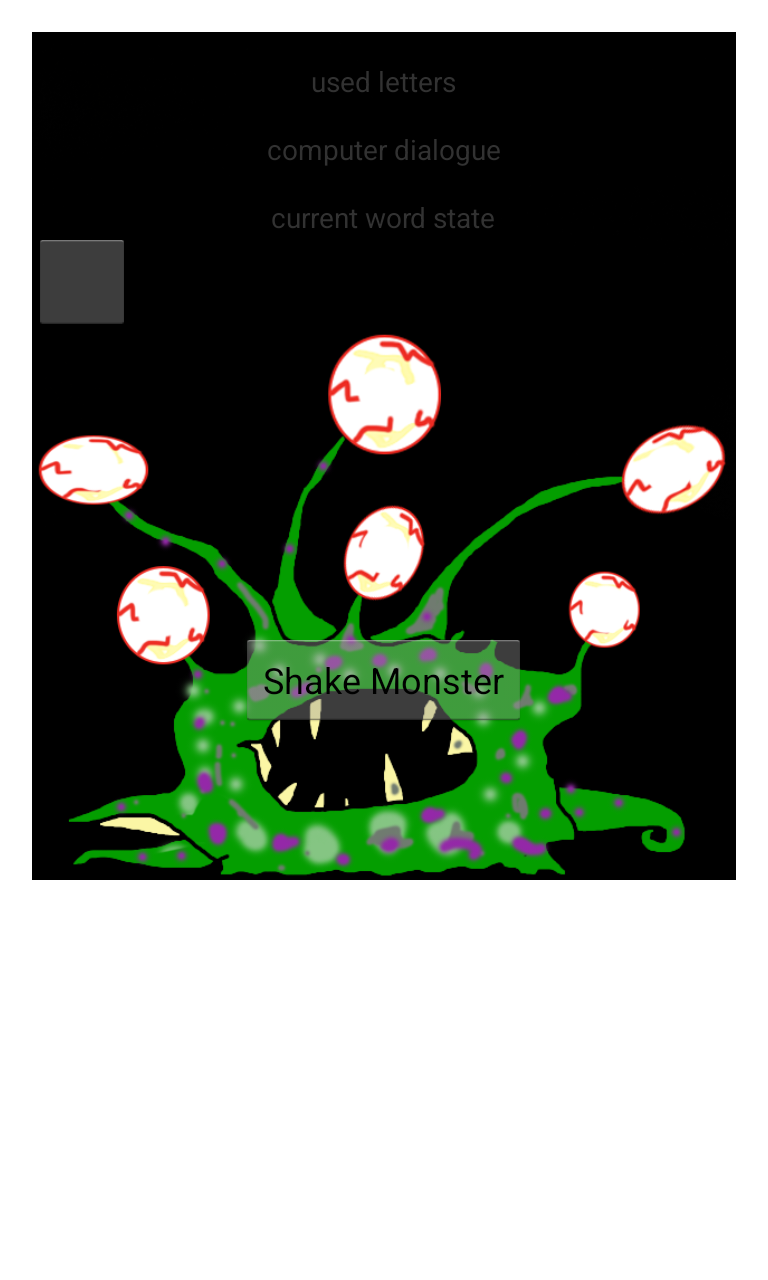
Repository: svandenhout/EvilSpaceMonsterHangman
Layout: evilSpaceMonsterHangman/res/layout/activity_main.xml
These files come from the project's save history. The layout is drawn as it stood at one moment and after the next save; the edit follows.
It is drawn on a 768 x 1280 px phone screen (xhdpi) without system bars, with theme AppTheme; the app's code is not run.

Above is the layout before, as saved 2013-12-17 09:23:40.

### evilSpaceMonsterHangman/res/layout/activity_main.xml
<RelativeLayout xmlns:android="http://schemas.android.com/apk/res/android"
              xmlns:tools="http://schemas.android.com/tools"
              android:layout_width="match_parent"
              android:layout_height="match_parent"
              android:paddingLeft="@dimen/activity_horizontal_margin"
              android:paddingRight="@dimen/activity_horizontal_margin"
              android:paddingTop="@dimen/activity_vertical_margin"
              android:paddingBottom="@dimen/activity_vertical_margin"
              tools:context=".MainActivity"
              android:orientation="vertical">

    <ImageView
        android:id="@+id/space_monster"
        android:layout_width="wrap_content"
        android:layout_height="wrap_content"
        android:src="@drawable/spacemonster"
        android:layout_centerHorizontal="true"
        android:adjustViewBounds="true"/>

    <TextView
            android:id="@+id/usedLetters"
            android:layout_width="wrap_content"
            android:layout_height="wrap_content"
            android:text="@string/used_letters"
            android:layout_centerHorizontal="true"
            android:layout_marginTop="15dp"/>

    <TextView
            android:id="@+id/computerDialogue"
            android:layout_width="wrap_content"
            android:layout_height="wrap_content"
            android:layout_centerHorizontal="true"
            android:text="@string/computer_dialogue"
            android:layout_below="@+id/usedLetters"
            android:layout_marginTop="15dp"/>

    <TextView
            android:id="@+id/currentWordState"
            android:layout_width="wrap_content"
            android:layout_height="wrap_content"
            android:layout_below="@id/computerDialogue"
            android:text="@string/current_word_state"
            android:layout_centerHorizontal="true"
            android:layout_marginTop="15dp"/>

    <!-- TODO: make buttons relative to the imageview -->
    <Button
        android:id="@+id/eye_6"
        android:layout_width="50dp"
        android:layout_height="50dp"
        android:layout_alignTop="@+id/space_monster"
        android:layout_alignParentLeft="true"
        android:layout_marginTop="200px"
        />

    <Button
        android:id="@+id/eye_2"
        android:layout_width="50dp"
        android:layout_height="50dp"
        android:layout_marginTop="150dp"
        android:layout_alignParentRight="true"
        android:background="@null"/>

    <Button
        android:id="@+id/eye_5"
        android:layout_width="50dp"
        android:layout_height="50dp"
        android:layout_alignLeft="@+id/eye_6"
        android:layout_below="@+id/eye_6"
        android:layout_marginLeft="40px"
        android:layout_marginTop="15px"
        android:background="@null"/>

    <Button
        android:id="@+id/eye_3"
        android:layout_width="50dp"
        android:layout_height="50dp"
        android:layout_centerHorizontal="true"
        android:layout_marginTop="120dp"
        android:background="@null"/>

    <Button
        android:id="@+id/eye_1"
        android:layout_width="50dp"
        android:layout_height="50dp"
        android:layout_alignRight="@+id/eye_2"
        android:layout_below="@+id/eye_2"
        android:layout_marginRight="30dp"
        android:layout_marginTop="10dp"
        android:background="@null"/>

    <Button
        android:id="@+id/eye_4"
        android:layout_width="50dp"
        android:layout_height="50dp"
        android:layout_below="@+id/eye_3"
        android:layout_centerHorizontal="true"
        android:layout_marginTop="15dp"
        android:background="@null"/>

    <Button
        android:id="@+id/shake_button"
        android:layout_width="wrap_content"
        android:layout_height="wrap_content"
        android:layout_centerHorizontal="true"
        android:layout_marginTop="300dp"
        android:text="@string/shake_monster"/>



</RelativeLayout>

### evilSpaceMonsterHangman/res/values/strings.xml
<?xml version="1.0" encoding="utf-8"?>
<resources>

    <string name="app_name" >Hangman
    </string>

    <!-- settings & preferences -->
    <string name="hi_scores" >hi-scores
    </string>
    <string name="settings" >settings
    </string>
    <string name="reset" >reset game
    </string>

    <string name="title_user_name" >user name
    </string>
    <string name="title_word_length">word length
    </string>
    <string name="title_amount_of_turns">amount of turns
    </string>
    <string name="title_evil_mode">Evil Mode
    </string>

    <string name="summary_user_name">set your user name here
    </string>
    <string name="summary_word_length">set the length of the words that you want to use
    </string>
    <string name="summary_amount_of_turns">set the amount of turns until you lose
    </string>
    <string name="summary_evil_mode">Start playing Evil Mode, You will not win
    </string>

    <string name="dialog_user_name" >user name:
    </string>
    <string name="dialog_word_length">word length:
    </string>
    <string name="dialog_amount_of_turns">amount of turns:
    </string>
    <string name="dialog_evil_mode">Evil Mode?
    </string>


    <!-- game ui -->
    <string name="current_word" >current word
    </string>
    <string name="current_word_state" >current word state
    </string>
    <string name="used_letters" >used letters
    </string>
    <string name="computer_dialogue">computer dialogue</string>
    <string name="button_text">~</string>
    <string name="shake_monster">Shake Monster</string>

    <!-- game states -->
    <string name="game_won">game won
    </string>
    <string name="game_lost">game lost
    </string>

    <!-- computer monologue -->
    <string name="cmonologue_start">Pick a letter to start playing</string>
    <string name="cmonologue_used">This letter has already been used, try again</string>
    <string name="cmonologue_invalid">WHAT THE HELL IS THAT!?, try another one</string>
    <string name="cmonologue_wrong">Wrong guess, pick again</string>
    <string name="cmonologue_correct">Lucky, why don\'t you try again?</string>
    <string name="cmonologue_won">:((</string>
    <string name="cmonologue_lost">:-)</string>
</resources>

Loaded but not shown: evilSpaceMonsterHangman/res/values/styles.xml (common file); evilSpaceMonsterHangman/res/values-v11/styles.xml (common file); evilSpaceMonsterHangman/res/values-v14/styles.xml (common file); evilSpaceMonsterHangman/res/values/dimens.xml (common file)

After the next save:
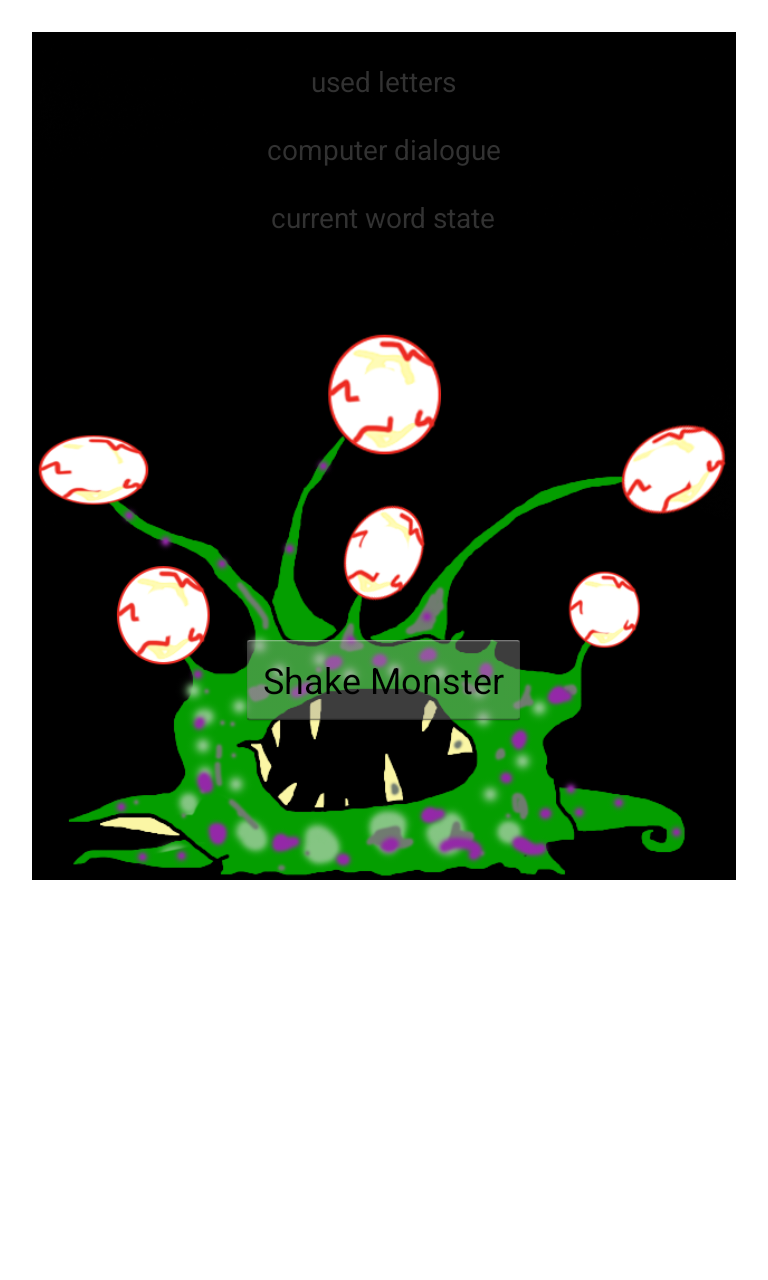
Saved 28 s later.
--- a/evilSpaceMonsterHangman/res/layout/activity_main.xml
+++ b/evilSpaceMonsterHangman/res/layout/activity_main.xml
@@ -51,7 +51,7 @@
         android:layout_alignTop="@+id/space_monster"
         android:layout_alignParentLeft="true"
         android:layout_marginTop="200px"
-        />
+        android:background="@null"/>
 
     <Button
         android:id="@+id/eye_2"
